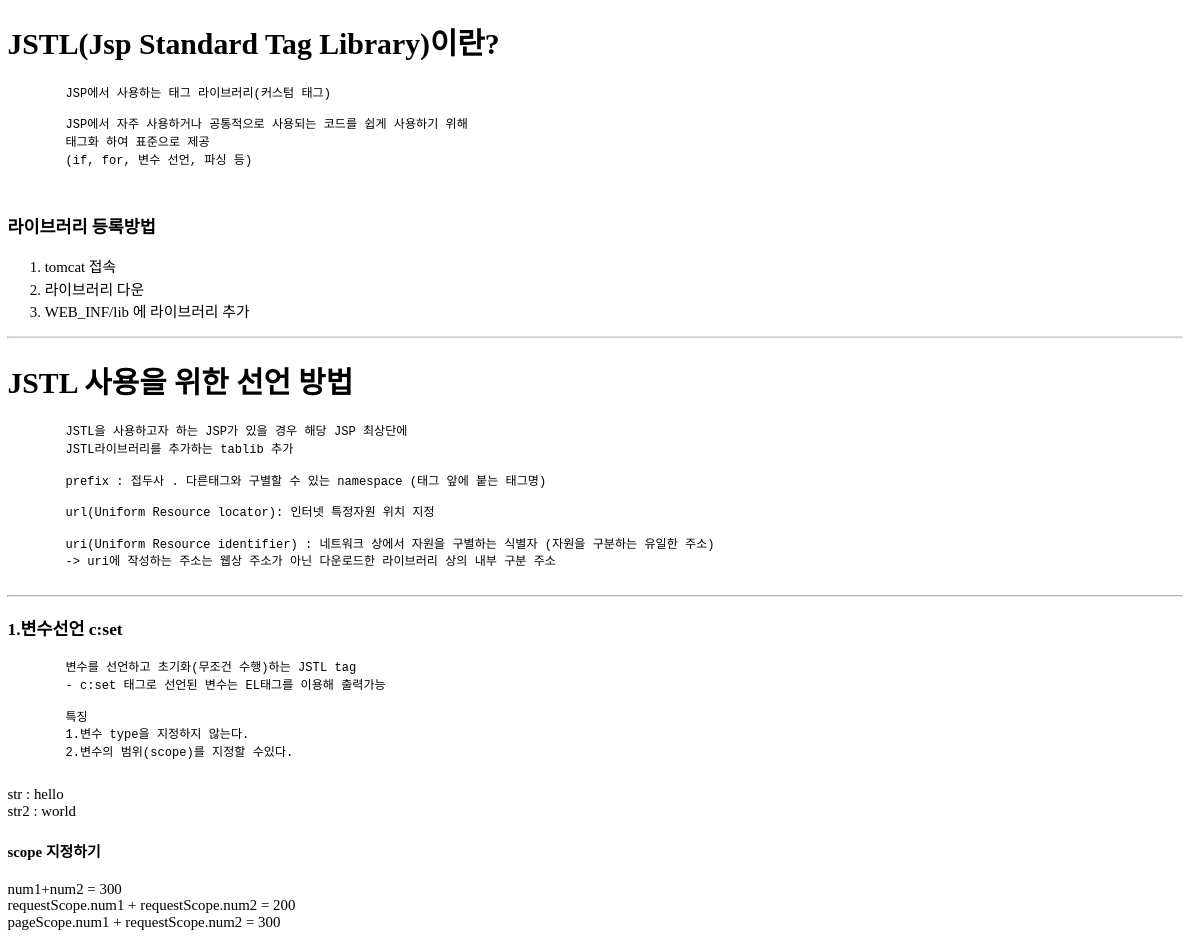
Repository: Seenee-Shin/servlet-jsp
Page: http://localhost/JSPProject/05_JSTL_1.jsp
The author's editor kept a copy of each file at every save. The page is drawn from the files as they stood at one save, then again after the next save.
The browser window is 1280 px wide. The pictures show the whole page, at 93% of full size.
The page is served by Tomcat 9.

Above is the page before, as saved 2021-11-30 01:35:32.

After the next save:
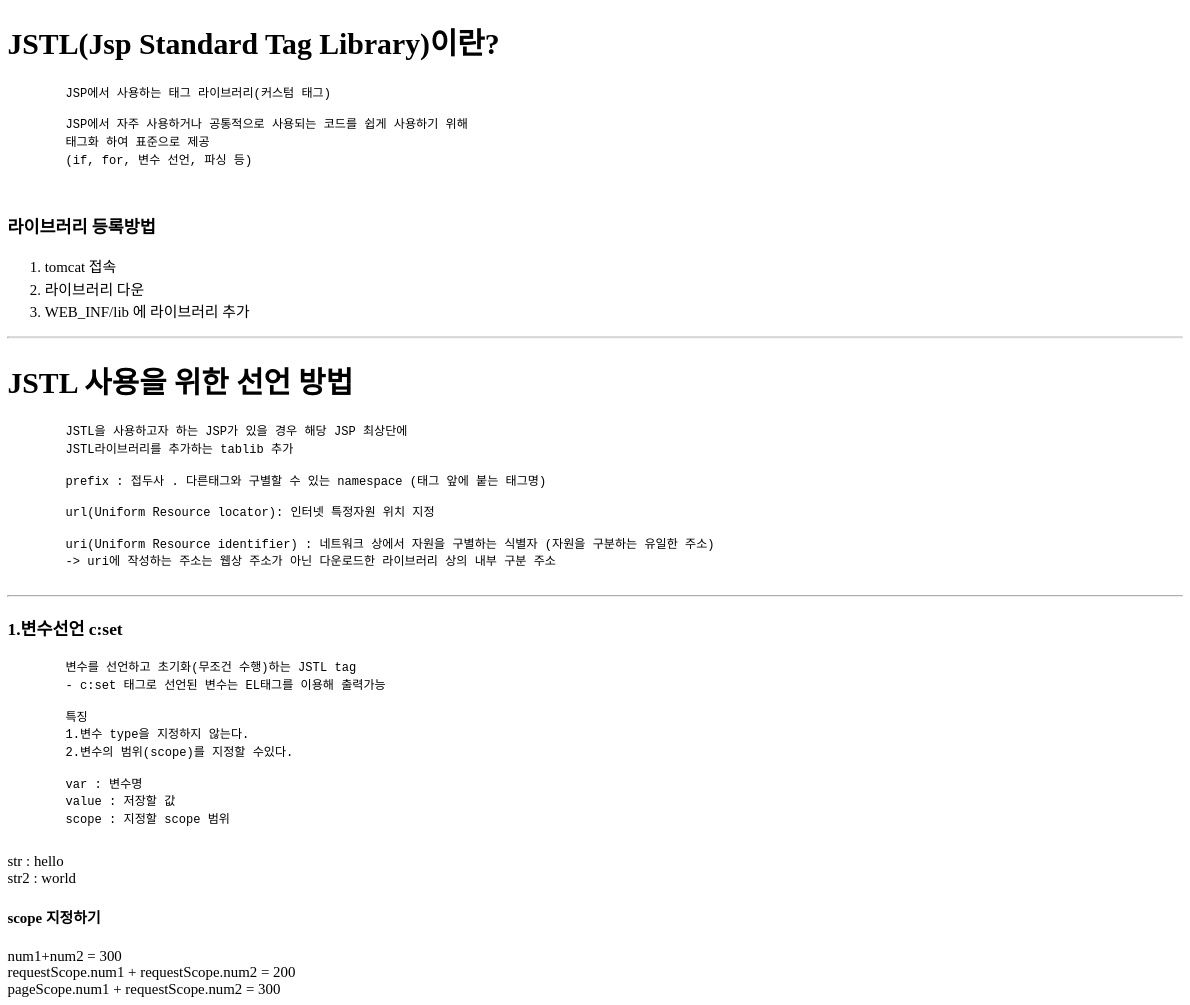
Saved 75 s later.
--- a/JSPProject/src/main/webapp/05_JSTL_1.jsp
+++ b/JSPProject/src/main/webapp/05_JSTL_1.jsp
@@ -49,6 +49,10 @@
 	특징
 	1.변수 type을 지정하지 않는다.
 	2.변수의 범위(scope)를 지정할 수있다.
+
+	var : 변수명
+	value : 저장할 값
+	scope : 지정할 scope 범위
 	</pre>
 
 	<% String str = "hello"; %>
@@ -64,5 +68,6 @@
 
 	requestScope.num1 + requestScope.num2 = ${requestScope.num1 + requestScope.num2} <br>
 	pageScope.num1 + requestScope.num2 = ${pageScope.num1 + requestScope.num2}
+
 </body>
 </html>
